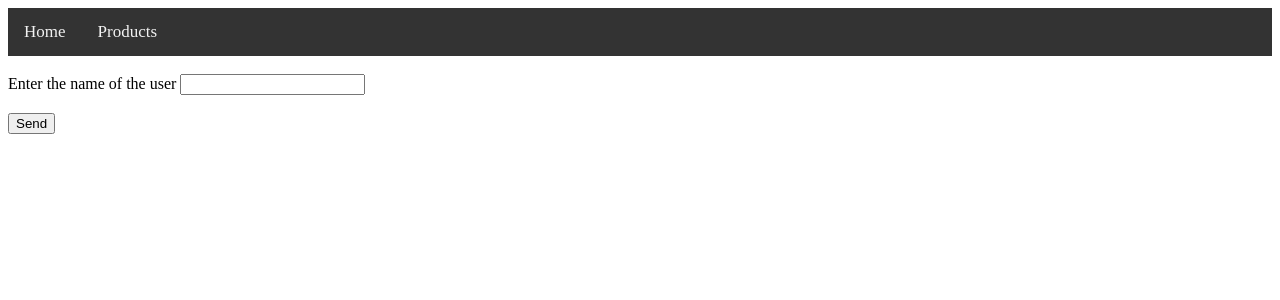
Repository: ibrar-uzair/Node-Course
Page: http://localhost/
An editor plug-in stored every save of this project. The page is shown before and after the next save, followed by the edit.
The browser window is 1280 px wide. The pictures show the whole page.
The page is served by the project's Node server (play.js).

Above is the page before, as saved 2021-11-17 10:26:33.

After the next save:
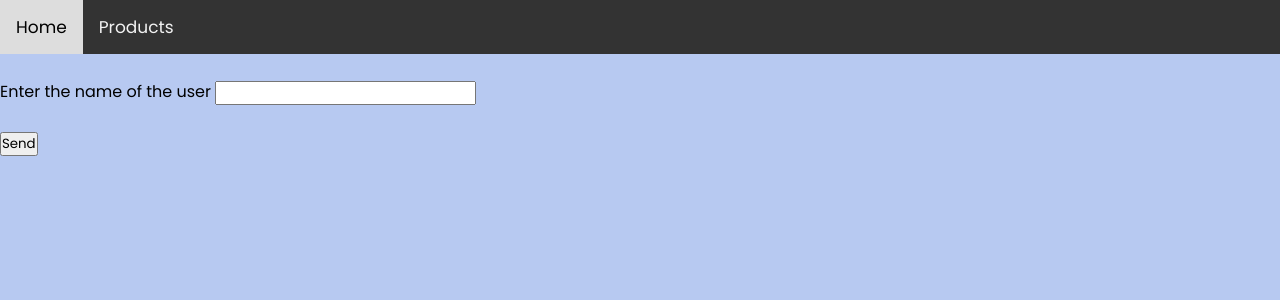
Saved 113 s later.
--- a/views/add-product.html
+++ b/views/add-product.html
@@ -6,6 +6,8 @@
     <meta name="viewport" content="width=device-width, initial-scale=1.0">
     <title>Document</title>
     <link rel="stylesheet" href="/css/styles.css">
+    <link type="text/css" href="/css/products.css" rel="stylesheet">
+
 
 </head>
 
